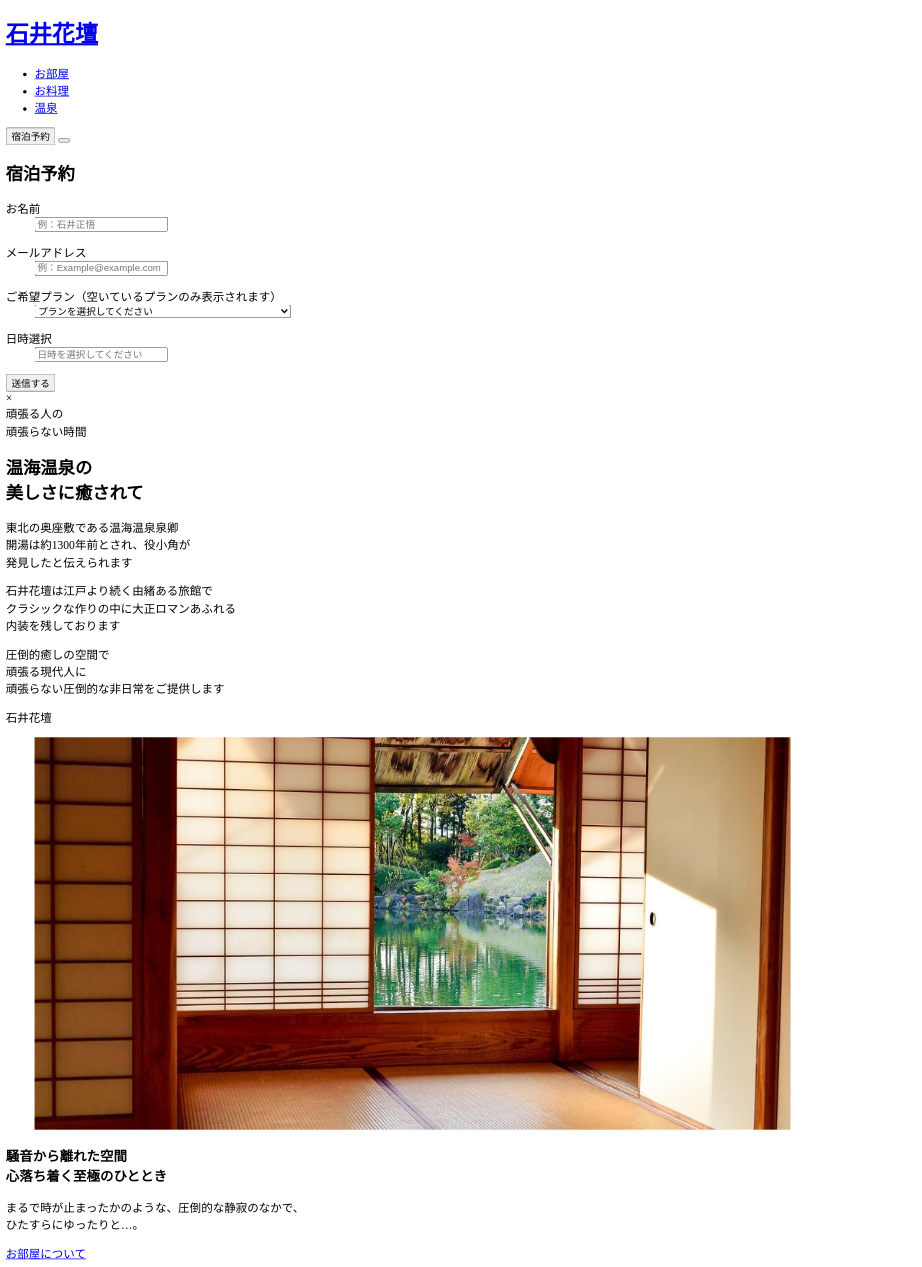
Repository: yuukiyokoyama/compex1
Page: index.html
An editor plug-in stored every save of this project. The page is shown before and after the next save, followed by the edit.
The browser window is 1280 px wide. The pictures show the whole page, at 72% of full size.

Above is the page before, as saved 2021-09-17 00:01:36.

### index.html
<!DOCTYPE html>
<html lang="ja">
  <head>
    <meta charset="UTF-8" />
    <meta http-equiv="X-UA-Compatible" content="IE=edge" />
    <meta name="viewport" content="width=device-width, initial-scale=1.0" />
    <title>Document</title>
  </head>
  <body data-aos-easing="ease" data-aos-duration="400" data-aos-delay="0">
    <div id="fv">
      <div class="fv__img" style="background-image: url(images/mainbg01.jpg)"></div>
      <div class="fv__img" style="background-image: url(images/mainbg02.jpg)"></div>
      <div class="fv__img" style="background-image: url(images/mainbg03.jpg)"></div>

      <header>
        <div class="header__inner">
          <div class="header__inner--left">
            <h1 class="header_site-title">
              <a href="#">石井花壇</a>
            </h1>
            <div class="header__menu">
              <nav>
                <ul class="header__list">
                  <li class="header__list-item">
                    <a href="room.html">お部屋</a>
                  </li>
                  <li class="header__list-item">
                    <a href="cuisine.html">お料理</a>
                  </li>
                  <li class="header__list-item">
                    <a href="hot-spring.html">温泉</a>
                  </li>
                </ul>
              </nav>
            </div>
            <!-- header__menu -->
          </div>
          <!-- header__inner--left -->
          <div class="header__inner--right">
            <button class="header__reservation">宿泊予約</button>
            <button class="burger_btn">
              <span class="bars">
                <span class="bar bar_top"></span>
                <span class="bar baar_mid"></span>
                <span class="bar bar_bottom"></span>
              </span>
            </button>
          </div>
          <!-- header__inner--right -->
          <!-- モーダルエリアここから -->
          <section id="modalArea" class="modalArea">
            <div id="modalBg" class="modalBg"></div>
            <div class="modalWrapper">
              <form class="modalContents">
                <h2 class="modalAria__title">宿泊予約</h2>
                <dl class="form__body">
                  <dt>
                    <label for="name">お名前</label>
                  </dt>
                  <dd class="form_text">
                    <input type="text" name="name" id="name" placeholder="例：石井正悟" />
                  </dd>
                </dl>
                <dl class="form__body">
                  <dt><label for="mail-address"></label> メールアドレス</dt>
                  <dd class="form_text">
                    <input
                      type="text"
                      name="mail-address"
                      id="mail-address"
                      placeholder="例：Example@example.com"
                    />
                  </dd>
                </dl>
                <dl class="form__body">
                  <dt>
                    <label for="desired-plan"
                      >ご希望プラン（空いているプランのみ表示されます）</label
                    >
                  </dt>
                  <dd class="form__text">
                    <select name="desired-plan" id="desired-plan">
                      <option value="hidden">プランを選択してください</option>
                      <option value="limited-time">
                        【期間限定】海辺の四季旬彩、贅沢美味懐石プラン
                      </option>
                      <option value="weekday-plan">平日に優雅に楽しむ、特別宿泊プラン</option>
                      <option value="family-plan">
                        絶景貸切露天と個室会席を満喫できるファミリープラン
                      </option>
                    </select>
                  </dd>
                </dl>
                <dl class="form__body">
                  <dt><label for="date-select">日時選択</label></dt>
                  <dd class="form__text">
                    <input
                      type="text"
                      class="flatpickr flatpickr-input"
                      placeholder="日時を選択してください"
                      readonly="readonly"
                    />
                  </dd>
                </dl>
                <input type="submit" class="form__submit-btn" value="送信する" />
                <div id="closeModal" class="closeModal">×</div>
              </form>
            </div>
          </section>
        </div>
        <!-- header__inner -->
      </header>
      <div class="copy">頑張る人の<br />頑張らない時間</div>
    </div>
    <!-- fv -->
    <main>
      <article>
        <section class="preface">
          <div class="section__wrapper">
            <div
              class="preface__body aos-init aos-animate"
              data-aos="fade-up"
              data-aos-duration="2000"
            >
              <h2 class="preface_title">
                温海温泉の<br />
                美しさに癒されて<br />
              </h2>
              <p class="preface_text">
                東北の奥座敷である温海温泉泉卿<br />
                開湯は約1300年前とされ、役小角が<br />
                発見したと伝えられます
              </p>
              <p class="preface__text">
                石井花壇は江戸より続く由緒ある旅館で<br />
                クラシックな作りの中に大正ロマンあふれる<br />
                内装を残しております
              </p>
              <p class="preface_text">
                圧倒的癒しの空間で<br />
                頑張る現代人に<br />
                頑張らない圧倒的な非日常をご提供します
              </p>
              <p class="preface__name">石井花壇</p>
            </div>
            <!-- preface__body -->
          </div>
        </section>
        <section class="contents">
          <div class="contents__box"></div>
          <div class="contents__box contents__reverse"></div>
          <div class="contents__box">
            <figure
              class="contents__img-wrapper aos-init aos-animate"
              data-aos="fade-up"
              data-aos-duration="2000"
            >
              <img src="images/oheya-top.jpg" alt="お部屋" />
            </figure>
            <div
              class="contents__body aos-init aos-animate"
              data-aos="fade-up"
              data-aos-duration="2000"
            >
              <h3 class="contents__title">
                騒音から離れた空間<br />
                心落ち着く至極のひととき
              </h3>
              <p class="contents_text">
                まるで時が止まったかのような、圧倒的な静寂のなかで、<br />
                ひたすらにゆったりと…。<br />
              </p>
              <a class="coontents__btn" href="room.html">お部屋について</a>
            </div>
          </div>
        </section>
        <section class="lodging-plan"></section>
        <section class="news"></section>
        <section class="access"></section>
      </article>
    </main>
  </body>
</html>

After the next save:
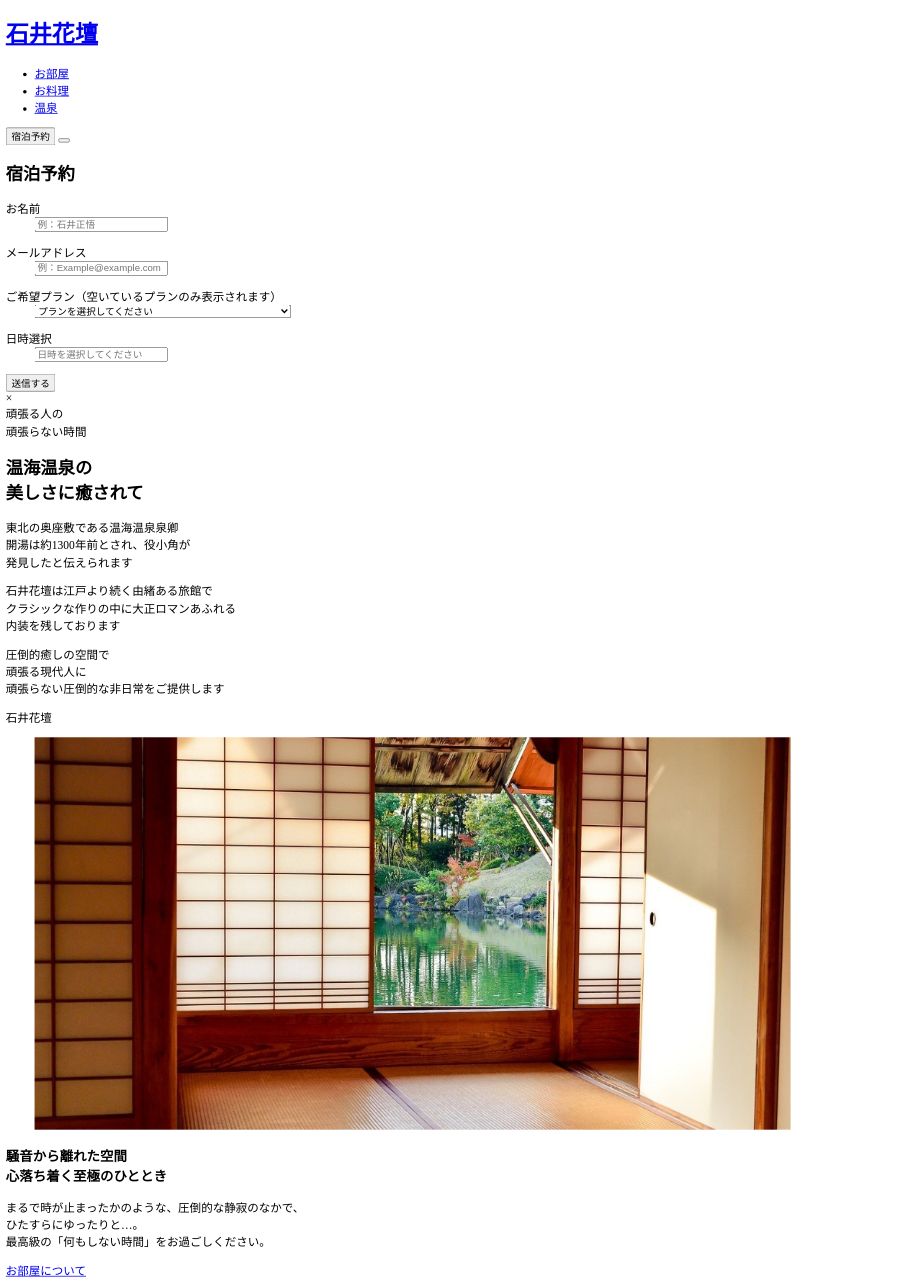
Saved 10 s later.
--- a/index.html
+++ b/index.html
@@ -169,6 +169,7 @@
               <p class="contents_text">
                 まるで時が止まったかのような、圧倒的な静寂のなかで、<br />
                 ひたすらにゆったりと…。<br />
+                最高級の「何もしない時間」をお過ごしください。
               </p>
               <a class="coontents__btn" href="room.html">お部屋について</a>
             </div>
